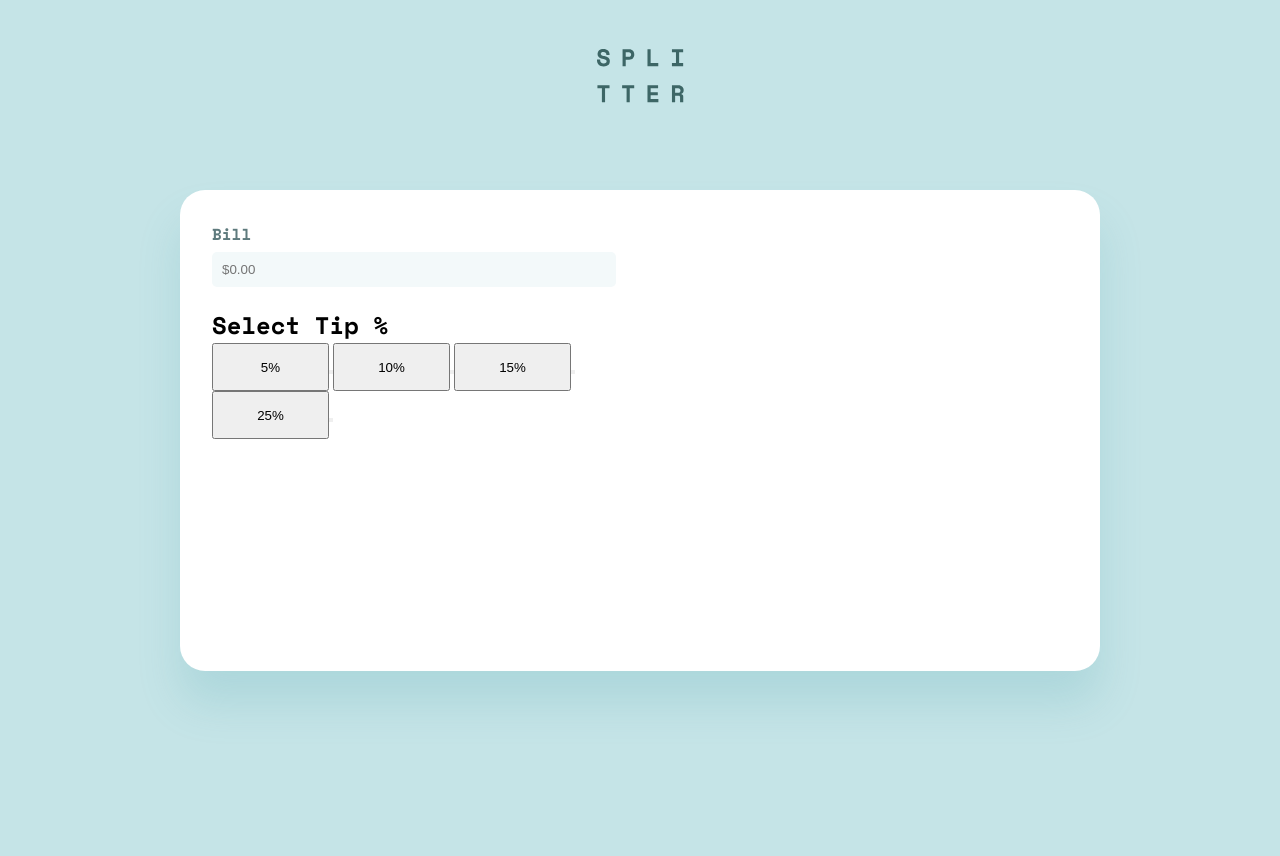
Repository: brandontaylor1/splitter
Page: index.html
These files come from the project's save history. The page is drawn as it stood at one moment and after the next save; the edit follows.
The browser window is 1280 px wide. The pictures show the whole page.

Above is the page before, as saved 2025-02-05 21:36:59.

After the next save:
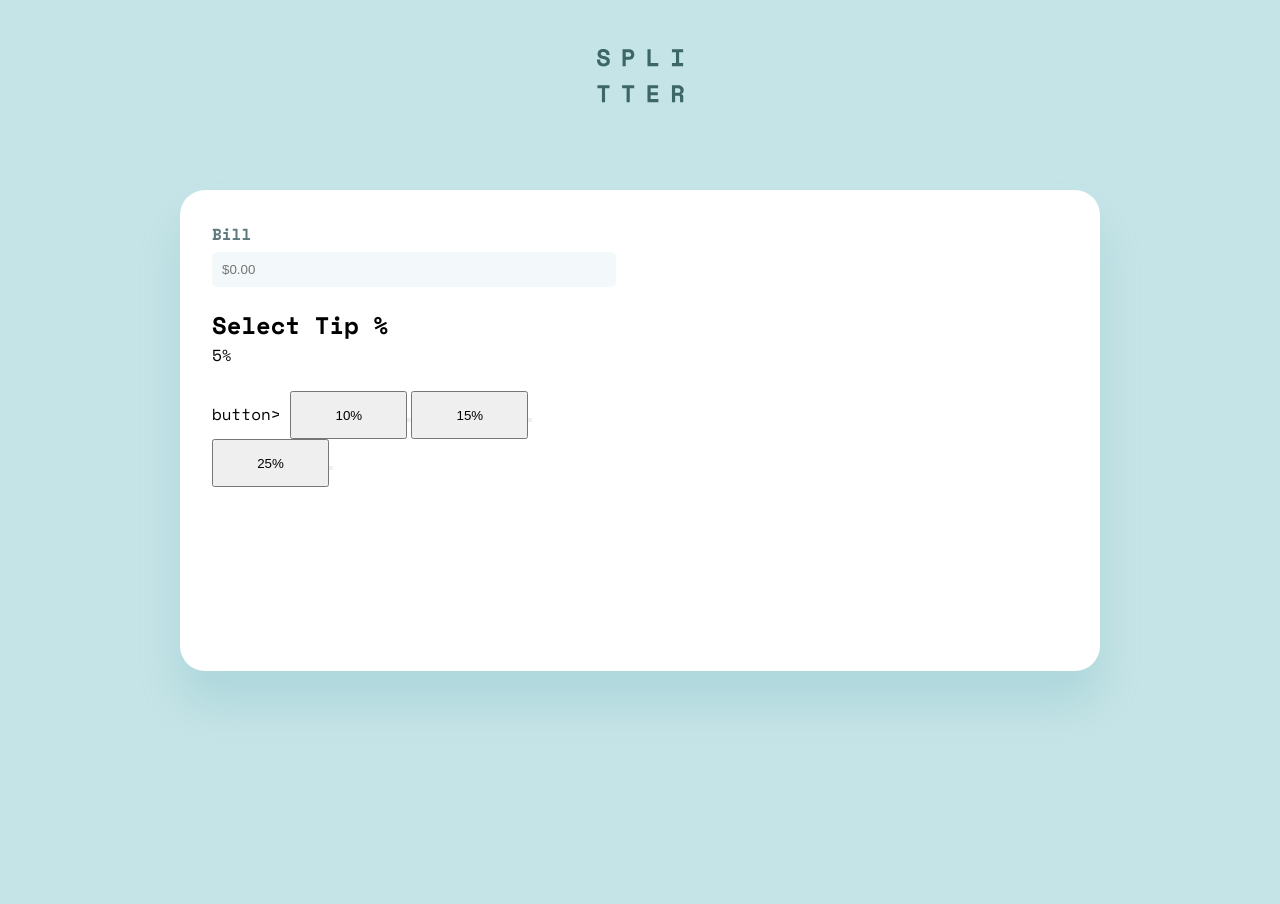
Saved 23 s later.
--- a/index.html
+++ b/index.html
@@ -21,7 +21,7 @@
             <div class="tip-input">
                 <h2>Select Tip %</h2>
                 <div class="tip-buttons">
-                    <button class="tip-button">5%<button>
+                    <div class="tip-button">5%</div>button>
                     <button class="tip-button">10%<button>
                     <button class="tip-button">15%<button>
                     <button class="tip-button">25%<button>
